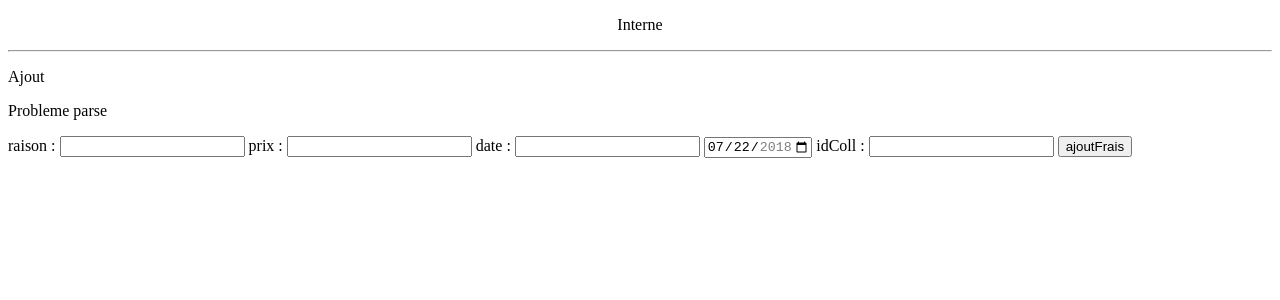
Repository: Shakibaei-2020/CRA_JEE_FINAL
Page: http://localhost/jee_crainfocom/ControleInterneGestionFrais
These files come from the project's save history. The page is drawn as it stood at one moment and after the next save; the edit follows.
The browser window is 1280 px wide. The pictures show the whole page.
The page is served by Tomcat 9.

Above is the page before, as saved 2021-04-08 14:33:14.

After the next save:
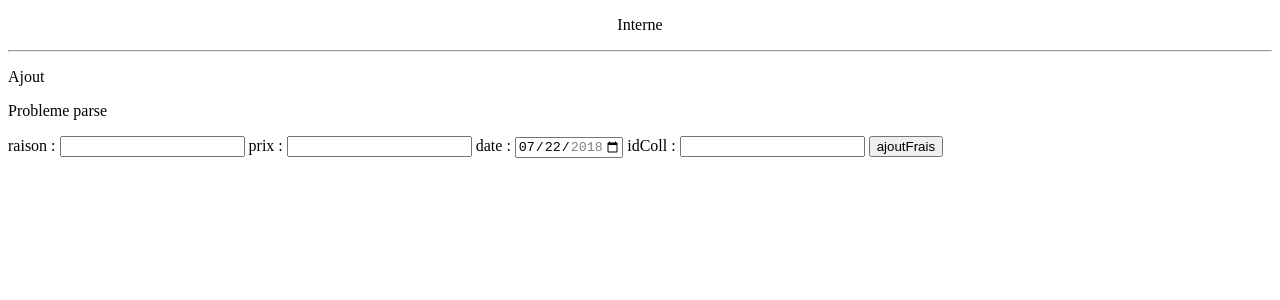
Saved 6 s later.
--- a/CRA_JEE_FINAL/jee_crainfocom/src/main/webapp/WEB-INF/AccueilInterne.jsp
+++ b/CRA_JEE_FINAL/jee_crainfocom/src/main/webapp/WEB-INF/AccueilInterne.jsp
@@ -21,7 +21,6 @@
             <input type="text" name="prixIn" id="prixlIn" />
 
             <label for="dateIn">date : </label>
-            <input type="text" name="dateIn" id="dateIn" />
             <input type="date" id="dateIn" name="dateIn" value="2018-07-22" min="2018-01-01" max="2018-12-31">
 
    			<label for="idId">idColl : </label>
